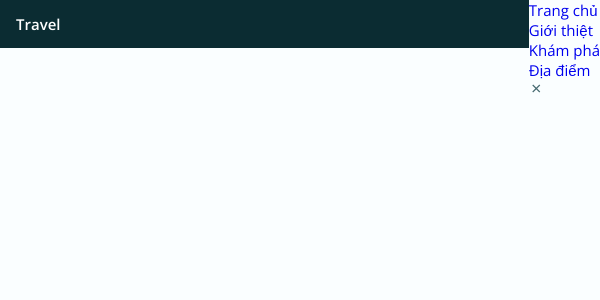
Repository: haokiet2501/travel-demo
Page: index.html
The author's editor kept a copy of each file at every save. The page is drawn from the files as they stood at one save, then again after the next save.
The browser window is 600 px wide. The pictures show the whole page.

Above is the page before, as saved 2021-09-21 10:08:35.

### index.html
<!DOCTYPE html>
<html lang="en">
<head>
    <meta charset="UTF-8">
    <meta http-equiv="X-UA-Compatible" content="IE=edge">
    <meta name="viewport" content="width=device-width, initial-scale=1.0">
    <link href="https://cdn.jsdelivr.net/npm/remixicon@2.5.0/fonts/remixicon.css" rel="stylesheet">
    <link rel="stylesheet" href="/css/style.css">
    <title>Website Travel</title>
</head>

<body>
    <header class="header" id="header">
        <nav class="nav container">
            <a href="#" class="nav__logo">Travel</a>

            <div class="nav__menu" id="nav-menu">
                <ul class="nav__list">
                    <li class="nav__item">
                        <a href="#home" class="nav__link">Trang chủ</a>
                    </li>
                    <li class="nav__item">
                        <a href="#about" class="nav__link">Giới thiệt</a>
                    </li>
                    <li class="nav__item">
                        <a href="#discover" class="nav__link">Khám phá</a>
                    </li>
                    <li class="nav__item">
                        <a href="#place" class="nav__link">Địa điểm</a>
                    </li>
                </ul>

                <i class="ri-close-line nav__close" id="nav-close"></i>
            </div>

            <div class="nav__toggle" id="nav-toggle">
                <i class="ri-list-settings-line"></i>
            </div>
        </nav>
    </header>
</body>

</html>

### css/style.css
/* Google Font */
@import url('https://fonts.googleapis.com/css2?family=Open+Sans:wght@400;600&family=Raleway:wght@500;600;700&display=swap');

/* Variables css */
:root {
    --header-height: 3rem;

    /* Colors */
    --hue-color: 190;

    /* HSL color mode */
    --first-color: hsl(var(--hue-color), 64%, 12%);
    --first-color-second: hsl(var(--hue-color), 64%, 22%);
    --first-color-alt: hsl(var(--hue-color), 64%, 15%);
    --title-color: hsl(var(--hue-color), 64%, 18%);
    --text-color: hsl(var(--hue-color), 24%, 35%);
    --text-color-light: hsl(var(--hue-color), 8%, 60%);
    --input-color: hsl(var(--hue-color), 24%, 97%);
    --body-color: hsl(var(--hue-color), 100%, 99%);
    --white-color: #FFF;
    --scroll-bar-color: hsl(var(--hue-color), 12%, 90%);
    --scroll-thumb-color: hsl(var(--hue-color), 12%, 75%);

    /* Font and typography */
    --body-font: 'Open Sans', sans-serif;
    --title-font: 'Raleway', sans-serif;
    --biggest-font-size: 2.5rem;
    --h1-font-size: 1.5rem;
    --h2-font-size: 1.25rem;
    --h3-font-size: 1rem;
    --normal-font-size: .938rem;
    --small-font-size: .813rem;
    --smaller-font-size: .75rem;

    /* Font Weight */
    --font-medium: 500;
    --font-semi-bold: 600;

    /* Margin Bottom */
    --mb-0-25: .25rem;
    --mb-0-5: .5rem;
    --mb-0-75: .75rem;
    --mb-1: 1rem;
    --mb-1-25: 1.25rem;
    --mb-1-5: 1.5rem;
    --mb-2: 2rem;
    --mb-2-5: 2.5rem;

    /* Z-index */
    --z-tooltip: 10;
    --z-fixed: 100;

    /* Hover overlay */
    --img-transition: .3s;
    --img-hidden: hidden;
    --img-scale: scale(1.1);
}

@media screen and (min-width: 960px) {
    :root {
        --biggest-font-size: 4rem;
        --h1-font-size: 2.25rem;
        --h2-font-size: 1.75rem;
        --h3-font-size: 1.25rem;
        --normal-font-size: 1rem;
        --small-font-size: .875rem;
        --smaller-font-size: .813rem;
    }
}

/* Base */
* {
    padding: 0;
    margin: 0;
    box-sizing: border-box;
}

html {
    scroll-behavior: smooth;
}

body {
    margin: var(--header-height) 0 0 0;
    font-family: var(--body-font);
    font-size: var(--normal-font-size);
    background-color: var(--body-color);
    color: var(--text-color);
}

h1,h2,h3 {
    color: var(--title-color);
    font-weight: var(--font-semi-bold);
    font-family: var(--title-font);
}

ul {
    list-style: none;
}

a {
    text-decoration: none;
}

img, video {
    max-width: 100%;
    height: auto;
}

button, input {
    border: none;
    font-family: var(--body-font);
    font-size: var(--normal-font-size);
}

button {
    cursor: pointer;
}

input {
    outline: none;
}

/* Reusable css classed */
.section {
    padding: 4.5rem 0 2.5rem;
}

.section__title {
    font-size: var(--h2-font-size);
    color: var(--title-color);
    text-align: center;
    text-transform: capitalize;
    margin-bottom: var(--mb-2);
}

.container {
    max-width: 960px;
    margin-left: var(--mb-1);
    margin-right: var(--mb-1);
}

.grid {
    display: grid;
    gap: 1.5rem;
}

/* HEADER */
.header {
    width: 100%;
    position: fixed;
    top: 0;
    left: 0;
    z-index: var(--z-fixed);
    background-color: var(--first-color);
}

/* NAV */
.nav {
    display: flex;
    justify-content: space-between;
    align-items: center;
    height: var(--header-height);
}

.nav__logo, .nav__toggle {
    color: var(--white-color);
}

.nav__logo {
    font-weight: var(--font-semi-bold);
}

.nav__toggle {
    font-size: 1.2rem;
    cursor: pointer;
}

.nav__menu {
    position: relative;
}

@media screen and (max-width: 767px) {
    .nav__menu {
        position: fixed;
        background-color: var(--body-color);
        top: 0;
        right: 0;
        w100
    }
}

After the next save:
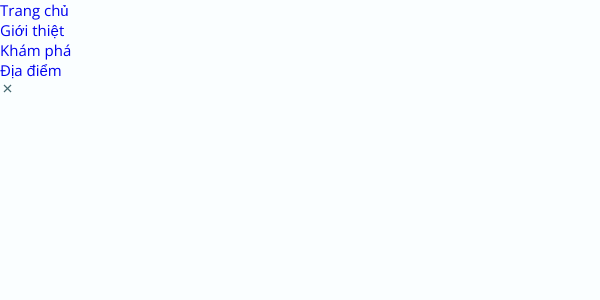
Saved 4 s later.
--- a/css/style.css
+++ b/css/style.css
@@ -185,6 +185,7 @@ input {
         background-color: var(--body-color);
         top: 0;
         right: 0;
-        w100
+        width: 100%;
+        height: 100;
     }
 }
